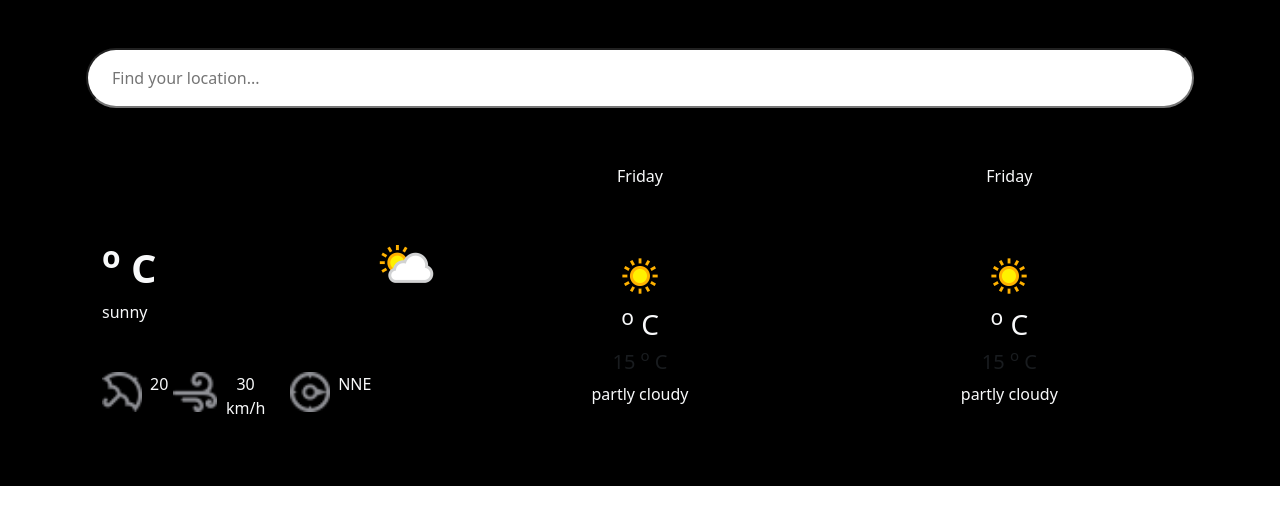
Repository: AmiraNabil97/WeatherApp
Page: index.html
An editor plug-in stored every save of this project. The page is shown before and after a run of saves, followed by the edit.
The browser window is 1280 px wide. The pictures show the whole page.

Above is the page before, as saved 2023-08-28 21:57:19.

After the next 2 saves:
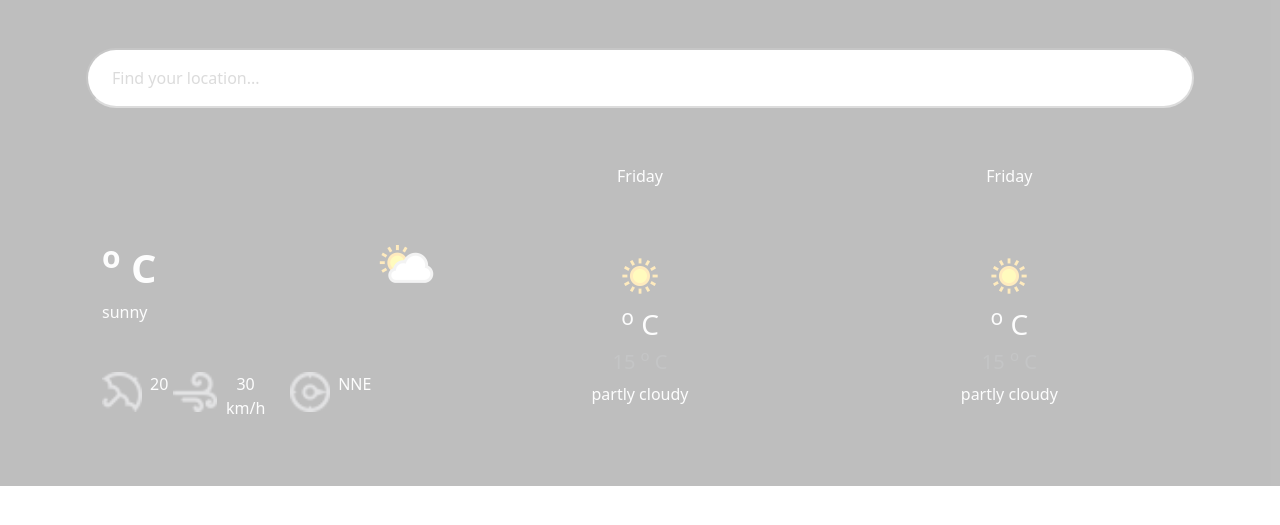
The 2 saves are shown as one change because they came seconds apart.
The last was saved 23 s later.
--- a/index.html
+++ b/index.html
@@ -10,7 +10,7 @@
 </head>
 <body>
 
-        <div class="app-container bg-black">
+        <div class="app-container bg-black opacity-25">
             <div class="container px-3 py-5 text-center">
 
                 <input type="text" class="w-100 mx-auto rounded-5 py-3 px-4 bg-main-color mb-5 text-white"
